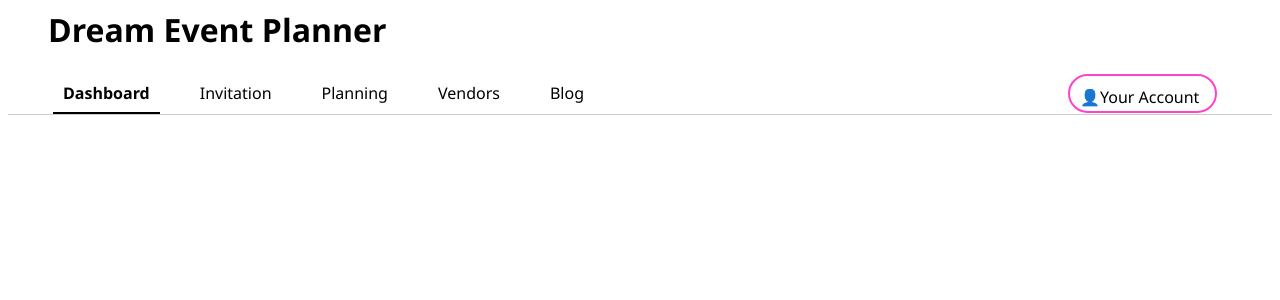
Repository: rajeshwari16945/Dream_Event_planner
Page: dep-admin-vendor-svc/src/main/resources/static/html/userNavigation.html
These files come from the project's save history. The page is drawn as it stood at one moment and after a run of saves; the edit follows.
The browser window is 1280 px wide. The pictures show the whole page.

Above is the page before, as saved 2025-03-08 20:19:24.

### dep-admin-vendor-svc/src/main/resources/static/html/userNavigation.html
<!DOCTYPE html>
<html>
	<head>
		<meta charset="utf-8">
		<title>Dream Event Planner</title>
		<link type="text/css" rel="stylesheet" href="../css/style.css">
		<script>
		    document.addEventListener("DOMContentLoaded", function () {
		        // Get the current page URL
		        let currentPage = window.location.pathname.split("/").pop();
		        // Select all navigation links
		        let navLinks = document.querySelectorAll(".user-nav-menu a");
		        // Loop through links and add the 'active' class if the href matches the page
		        navLinks.forEach(link => {
		            if (link.getAttribute("href") === currentPage) {
		                link.classList.add("active");
		            }
		        });
		    });
		</script>
	</head>
	<body>
		<div class="user_nav_main">
			<h1 class="top-heading">Dream Event Planner</h1>
			<div class="topnav">
                <div class="float-left">
					<ul class="user-nav-menu">
	                    <li><a class="nav-items active" href="dashboard.html">Dashboard</a></li>
	                    <li><a class="nav-items" href="invitation.html">Invitation</a></li>
						<li><a class="nav-items" href="PlanningTool.html">Planning</a></li>
	                    <li class="dropdown">
							<a href="">Vendors</a>
							<ul class="dropdown-menu">
				                <li><a href="VendorList.html?type=Venue">Venue</a></li>
				                <li><a href="VendorList.html?type=Catering">Catering</a></li>
				                <li><a href="VendorList.html?type=Photographer">Photographers</a></li>
				            </ul>
						</li>
	                    <li><a class="nav-items" href="">Blog</a></li>

					</ul>
                </div>
                <div class="float-right">
					<ul class="user-nav-menu">
						<li class="dropdown">
							<a href="" class="account-menu">👤Your Account</a>
							<ul class="dropdown-menu">
								<li><a href="UserSettings.html">Account Settings</a></li>
								<li><button id="logoutButton">Log out</button></li>
							</ul>
						</li>
					</ul>
                </div>
            </div>
		</div>
	</body>
</html>

Loaded but not shown: dep-admin-vendor-svc/src/main/resources/static/css/style.css (2134 lines, source omitted)

After the next 2 saves:
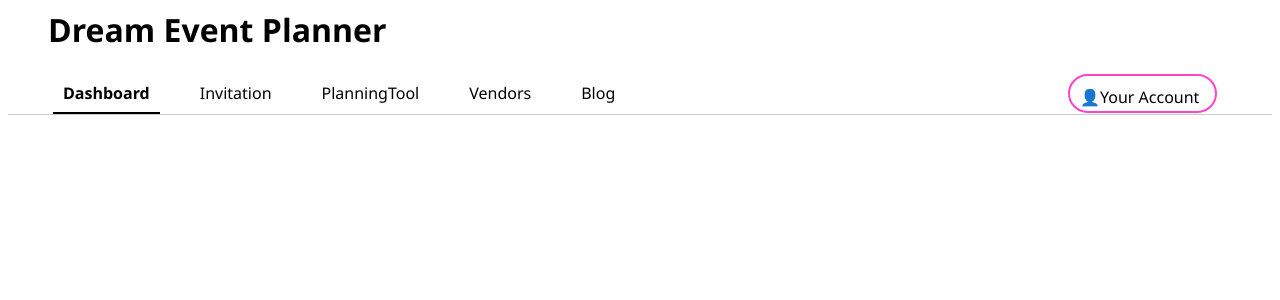
The 2 saves are shown as one change because they came seconds apart.
The last was saved 25 min 9 s later.
--- a/dep-admin-vendor-svc/src/main/resources/static/html/userNavigation.html
+++ b/dep-admin-vendor-svc/src/main/resources/static/html/userNavigation.html
@@ -27,7 +27,7 @@
 					<ul class="user-nav-menu">
 	                    <li><a class="nav-items active" href="dashboard.html">Dashboard</a></li>
 	                    <li><a class="nav-items" href="invitation.html">Invitation</a></li>
-						<li><a class="nav-items" href="PlanningTool.html">Planning</a></li>
+						<li><a class="nav-items" href="PlanningTool.html">PlanningTool</a></li>
 	                    <li class="dropdown">
 							<a href="">Vendors</a>
 							<ul class="dropdown-menu">
